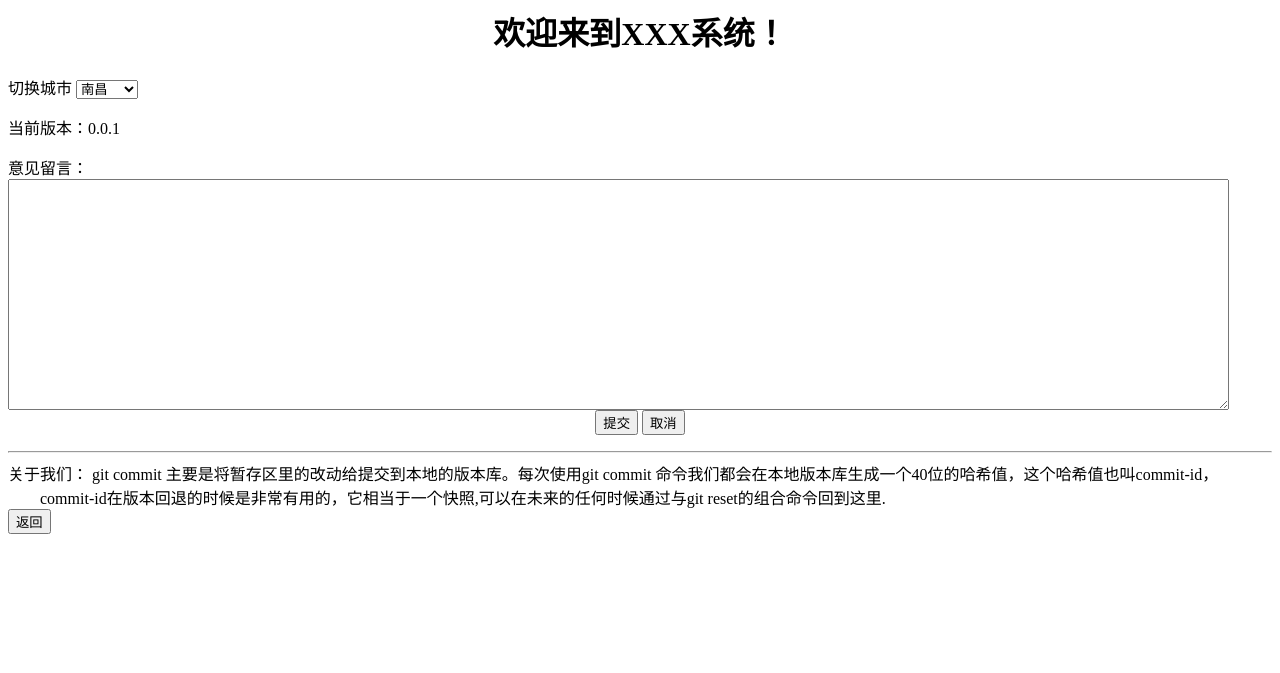
Repository: never-404/Intelligent-recommendation-system
Page: http://localhost/Intelligent-recommendation-system/mainpage.jsp
An editor plug-in stored every save of this project. The page is shown before and after the next save, followed by the edit.
The browser window is 1280 px wide. The pictures show the whole page.
The page is served by Tomcat 9. Nobody is signed in. The application's start-up code is not run.

Above is the page before, as saved 2019-04-12 10:12:17.

After the next save:
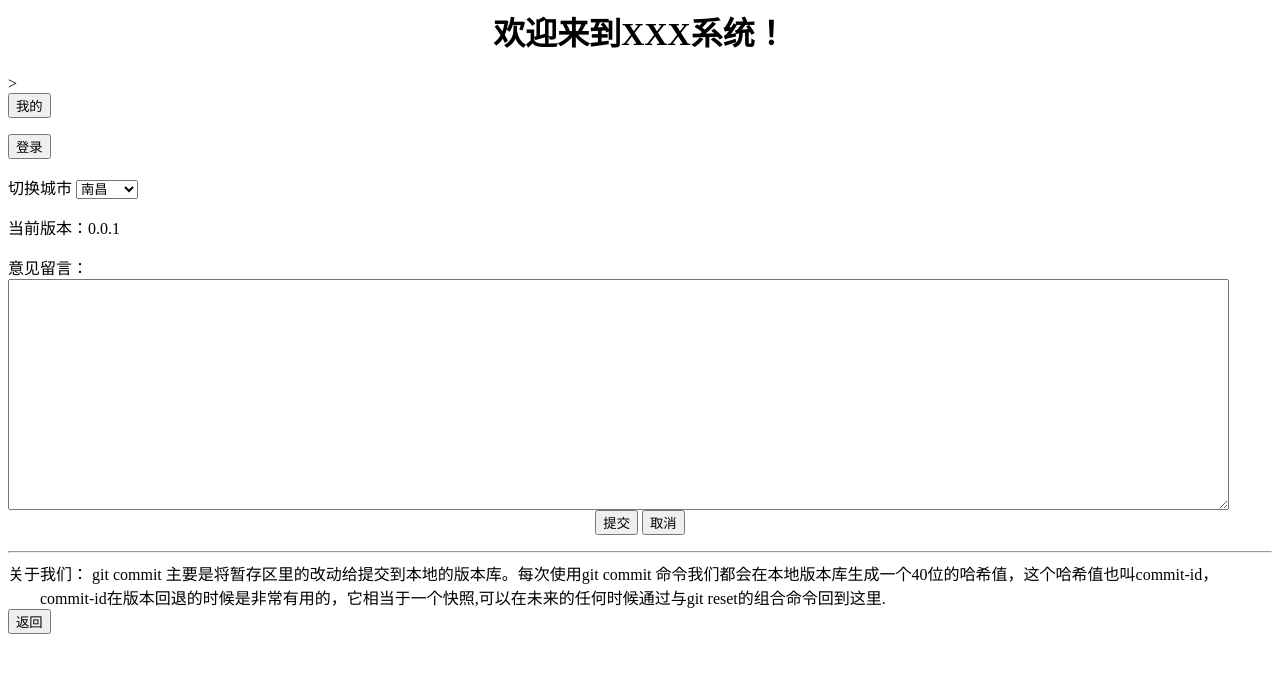
Saved 87 s later.
--- a/Intelligent-recommendation-system/WebRoot/mainpage.jsp
+++ b/Intelligent-recommendation-system/WebRoot/mainpage.jsp
@@ -33,6 +33,14 @@
 	<body>
 
 	<h1>欢迎来到XXX系统！</h1>
+	<!-- 两者选其一显示 -->>
+	<form action = "mine.jsp" method = "post">
+		<input type="submit" value ="我的">
+	</form>
+
+	<form action = "log.jsp" method = "post">
+		<input type="submit" value ="登录">
+	</form>
 
     	切换城市
     	<select>
